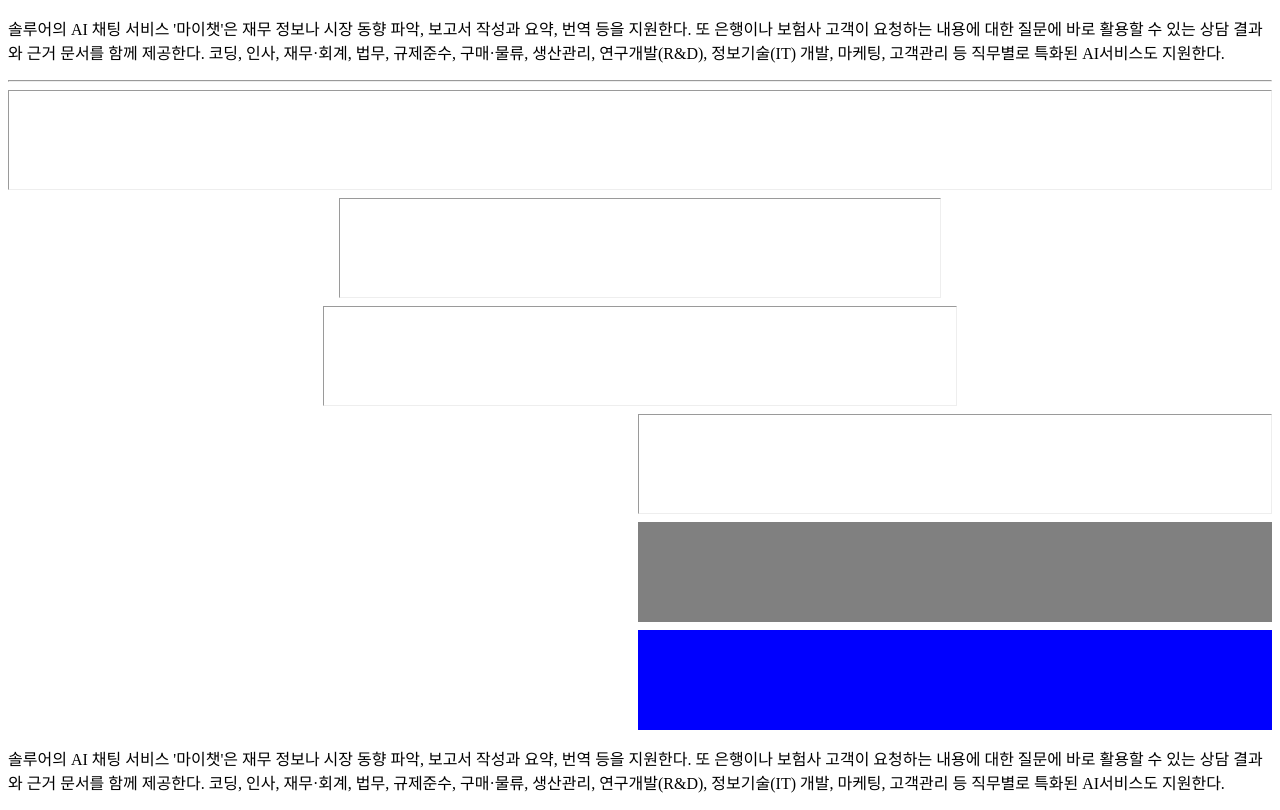
Repository: zzzzzzin/Client
Page: ClientTest/src/main/webapp/html/ex09_hr.html
An editor plug-in stored every save of this project. The page is shown before and after the next save, followed by the edit.
The browser window is 1280 px wide. The pictures show the whole page.

Above is the page before, as saved 2024-03-13 01:02:33.

### ClientTest/src/main/webapp/html/ex09_hr.html
<!DOCTYPE html>
<html>
<head>
<meta charset="EUC-KR">
<title>ex09_hr</title>
</head>
<body>
	<!--
		<hr> 태그, horizontal Rule
		- 수평바
		- 문단과 문단을 구분하는 역할
		- 콘텐츠와 콘텐츠를 구분하는 역할
		- 단독 태그

		<hr> 속성
		1. size: 선의 두께
		2. width: 선의 너비
		3. align: 선의 수평정렬
		4. color: 선의 색상


		HTML 속성값의 종류(형태)
		1. 숫자형
			- 단위없음: 픽셀(pixel, 화소) > 픽셀은 화상을 구성하는 최소단위(단일 색상을 가지는 점 1개). 절대값
			- 단위있음: % > 백분율 > 부모 태그의 영역을 기준(**********)
		2. 열거형
			- 정해진 속성값 중 하나를 사용
		3. 색상형
			- 색상명 or RGB


	-->

	<p>솔루어의 AI 채팅 서비스 '마이챗'은 재무 정보나 시장 동향 파악, 보고서 작성과 요약, 번역 등을 지원한다. 또 은행이나 보험사 고객이 요청하는 내용에 대한 질문에 바로 활용할 수 있는 상담 결과와 근거 문서를 함께 제공한다. 코딩, 인사, 재무·회계, 법무, 규제준수, 구매·물류, 생산관리, 연구개발(R&D), 정보기술(IT) 개발, 마케팅, 고객관리 등 직무별로 특화된 AI서비스도 지원한다.</p>

	<hr>
	<hr size="100">
	<hr size="100" width="600">
	<hr size="100" width="50%">
	<hr size="100" width="50%" align="right">
	<hr size="100" width="50%" align="right" noshade>
	<hr size="100" width="50%" align="right" color="blue">

	<p>솔루어의 AI 채팅 서비스 '마이챗'은 재무 정보나 시장 동향 파악, 보고서 작성과 요약, 번역 등을 지원한다. 또 은행이나 보험사 고객이 요청하는 내용에 대한 질문에 바로 활용할 수 있는 상담 결과와 근거 문서를 함께 제공한다. 코딩, 인사, 재무·회계, 법무, 규제준수, 구매·물류, 생산관리, 연구개발(R&D), 정보기술(IT) 개발, 마케팅, 고객관리 등 직무별로 특화된 AI서비스도 지원한다.</p>



</body>
</html>

After the next save:
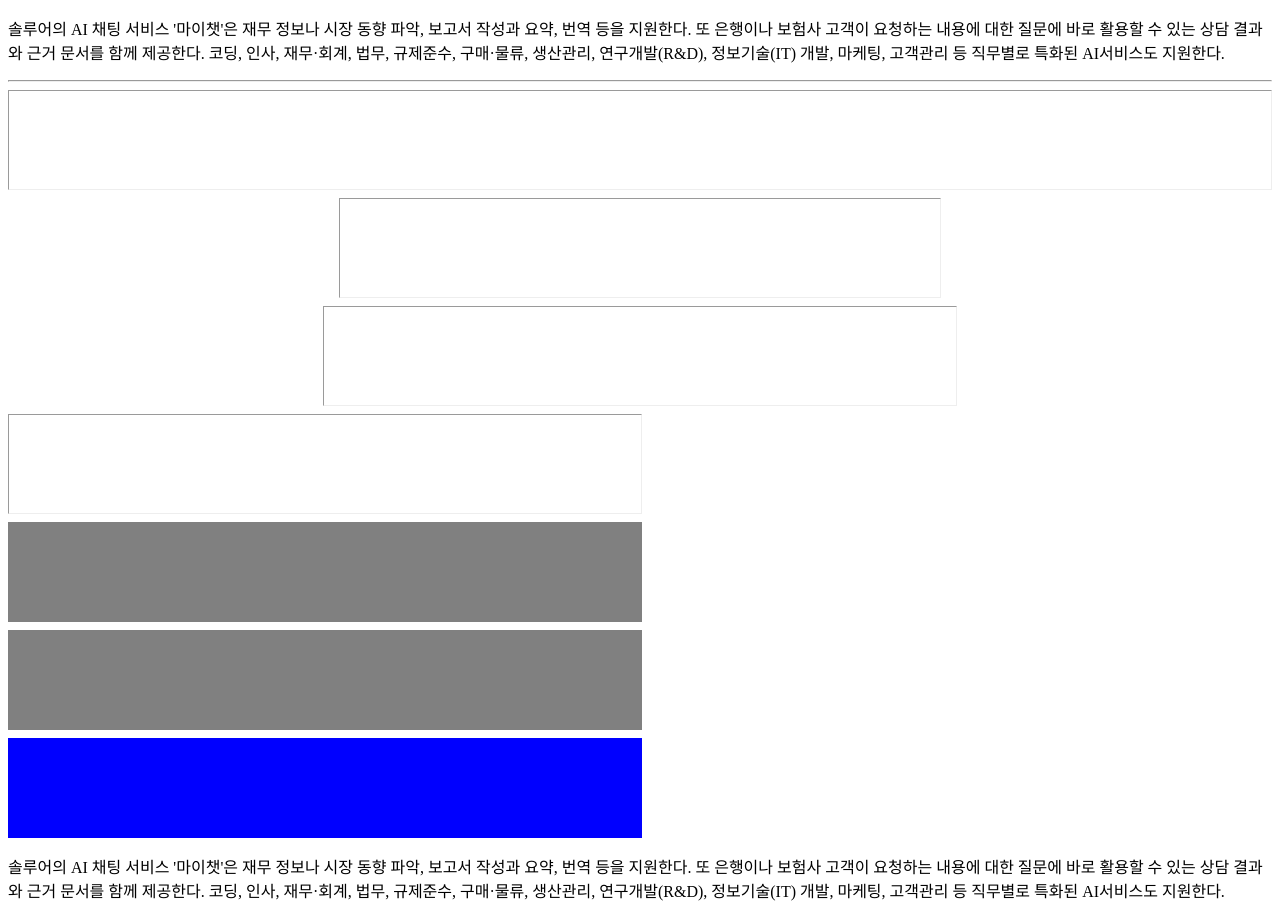
Saved 114 s later.
--- a/ClientTest/src/main/webapp/html/ex09_hr.html
+++ b/ClientTest/src/main/webapp/html/ex09_hr.html
@@ -17,6 +17,8 @@
 		2. width: 선의 너비
 		3. align: 선의 수평정렬
 		4. color: 선의 색상
+		5. noshade
+		6. title
 
 
 		HTML 속성값의 종류(형태)
@@ -27,7 +29,8 @@
 			- 정해진 속성값 중 하나를 사용
 		3. 색상형
 			- 색상명 or RGB
-
+		4. 플래그형
+			- boolean
 
 	-->
 
@@ -37,9 +40,10 @@
 	<hr size="100">
 	<hr size="100" width="600">
 	<hr size="100" width="50%">
-	<hr size="100" width="50%" align="right">
-	<hr size="100" width="50%" align="right" noshade>
-	<hr size="100" width="50%" align="right" color="blue">
+	<hr size="100" width="50%" align="left">
+	<hr size="100" width="50%" align="left" noshade>
+	<hr size="100" width="50%" align="left" noshade="noshade">
+	<hr size="100" width="50%" align="left" color="blue" title="구분선입니다.">
 
 	<p>솔루어의 AI 채팅 서비스 '마이챗'은 재무 정보나 시장 동향 파악, 보고서 작성과 요약, 번역 등을 지원한다. 또 은행이나 보험사 고객이 요청하는 내용에 대한 질문에 바로 활용할 수 있는 상담 결과와 근거 문서를 함께 제공한다. 코딩, 인사, 재무·회계, 법무, 규제준수, 구매·물류, 생산관리, 연구개발(R&D), 정보기술(IT) 개발, 마케팅, 고객관리 등 직무별로 특화된 AI서비스도 지원한다.</p>
 
